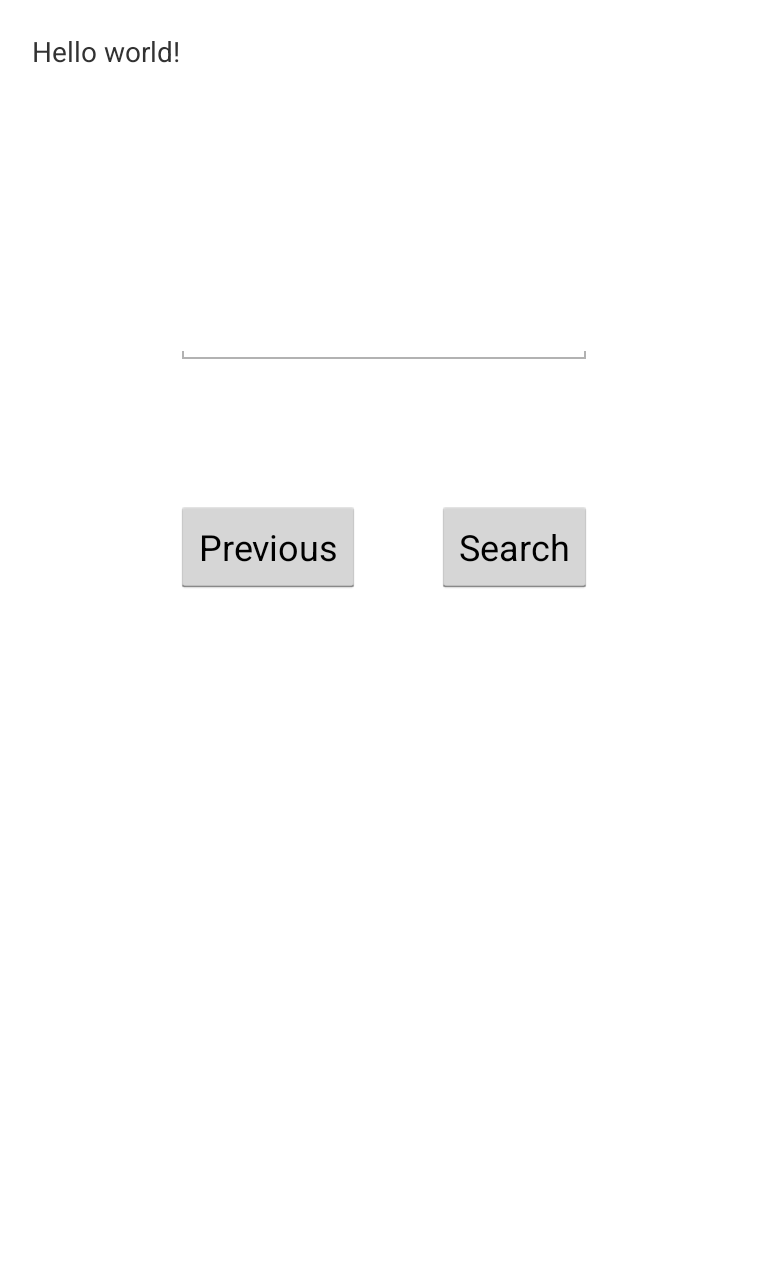
Repository: theoryxu/Chinese-microblogging-Links-System-Mobile-Application-Development
Layout: AndroidApp/STXQ/STXQ/res/layout/activity_second.xml
An editor plug-in stored every save of this project. The layout is shown before and after the next save, followed by the edit.
It is drawn on a 768 x 1280 px phone screen (xhdpi) without system bars, with theme AppTheme; the app's code is not run.

Above is the layout before, as saved 2014-11-25 00:04:00.

### AndroidApp/STXQ/STXQ/res/layout/activity_second.xml
<RelativeLayout xmlns:android="http://schemas.android.com/apk/res/android"
    xmlns:tools="http://schemas.android.com/tools"
    android:layout_width="match_parent"
    android:layout_height="match_parent"
    android:paddingBottom="@dimen/activity_vertical_margin"
    android:paddingLeft="@dimen/activity_horizontal_margin"
    android:paddingRight="@dimen/activity_horizontal_margin"
    android:paddingTop="@dimen/activity_vertical_margin"
    tools:context=".SecondActivity" >

    <TextView
        android:id="@+id/textView1"
        android:layout_width="wrap_content"
        android:layout_height="wrap_content"
        android:text="@string/hello_world" />

    <EditText
        android:id="@+id/editText1"
        android:layout_width="wrap_content"
        android:layout_height="wrap_content"
        android:layout_below="@+id/textView1"
        android:layout_centerHorizontal="true"
        android:layout_marginTop="109dp"
        android:ems="10"
        android:inputType="textMultiLine" />

    <Button
        android:id="@+id/button2"
        android:layout_width="wrap_content"
        android:layout_height="wrap_content"
        android:layout_alignBottom="@+id/button1"
        android:layout_alignRight="@+id/editText1"
        android:text="Search" />

    <Button
        android:id="@+id/button1"
        android:layout_width="wrap_content"
        android:layout_height="wrap_content"
        android:layout_alignLeft="@+id/editText1"
        android:layout_below="@+id/editText1"
        android:layout_marginTop="66dp"
        android:text="Previous" />

</RelativeLayout>

### AndroidApp/STXQ/STXQ/res/values/styles.xml
<resources xmlns:android="http://schemas.android.com/apk/res/android">

    <color name="transparent">#0000</color>

    <!--
        Base application theme, dependent on API level. This theme is replaced
        by AppBaseTheme from res/values-vXX/styles.xml on newer devices.
    -->
    <style name="AppBaseTheme" parent="android:Theme.Light">
        <!--
            Theme customizations available in newer API levels can go in
            res/values-vXX/styles.xml, while customizations related to
            backward-compatibility can go here.
        -->
    </style>

    <!-- Application theme. -->
    <style name="AppTheme" parent="AppBaseTheme">
        <!-- All customizations that are NOT specific to a particular API-level can go here. -->
    </style>

    <style name="NoTitle" parent="android:Theme.Dialog">
        <item name="android:windowNoTitle">true</item>
        <item name="android:windowBackground">@color/transparent</item>
        <item name="android:windowIsTranslucent">false</item>
        <item name="android:windowIsFloating">true</item>
    </style>

</resources>

### AndroidApp/STXQ/STXQ/res/values/strings.xml
<?xml version="1.0" encoding="utf-8"?>
<resources>

    <string name="app_name">STXQ</string>
    <string name="action_settings">Settings</string>
    <string name="hello_world">Hello world!</string>
    <string name="title_activity_second">SecondActivity</string>
    <string name="title_activity_third">ThirdActivity</string>

</resources>

Loaded but not shown: AndroidApp/STXQ/STXQ/res/values-v11/styles.xml (common file); AndroidApp/STXQ/STXQ/res/values-v14/styles.xml (common file); AndroidApp/STXQ/STXQ/res/values/dimens.xml (common file)

After the next save:
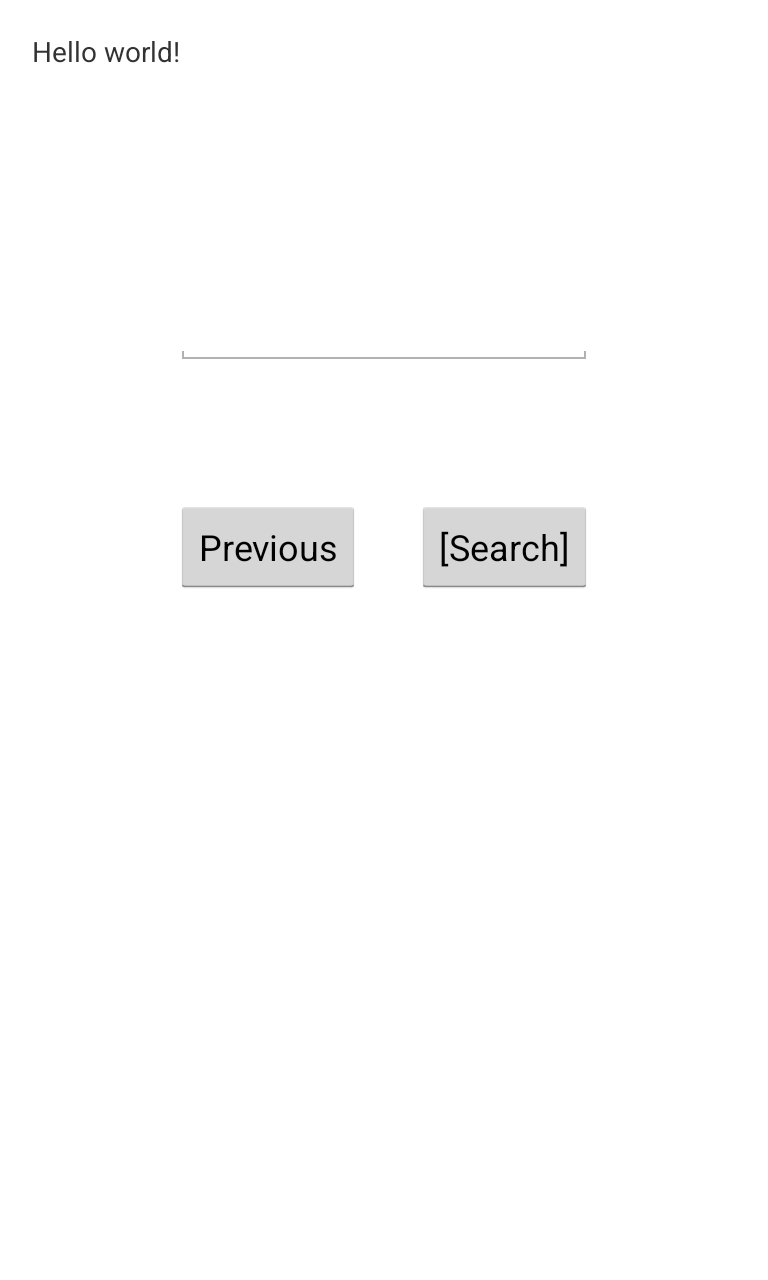
Saved 15 s later.
--- a/AndroidApp/STXQ/STXQ/res/layout/activity_second.xml
+++ b/AndroidApp/STXQ/STXQ/res/layout/activity_second.xml
@@ -30,7 +30,7 @@
         android:layout_height="wrap_content"
         android:layout_alignBottom="@+id/button1"
         android:layout_alignRight="@+id/editText1"
-        android:text="Search" />
+        android:text="[Search]" />
 
     <Button
         android:id="@+id/button1"
